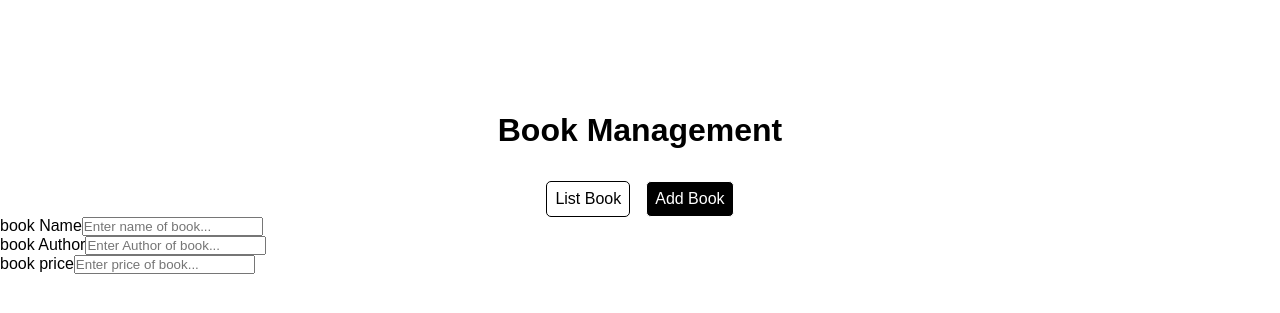
Repository: wakoya-tech/e-library-app1
Page: /add
The author's editor kept a copy of each file at every save. The page is drawn from the files as they stood at one save, then again after the next save.
The browser window is 1280 px wide. The pictures show the whole page.
The project was rebuilt for these pictures with package versions that can differ from the ones it lists, and the page was loaded fresh each time. Also part of the build but not shown: vite.config.js, src/components/ListBook.jsx.

Above is the page before, as saved 2025-10-11 22:29:01.

### src/main.jsx
import React from 'react'
import ReactDOM from 'react-dom/client'
import { BrowserRouter } from 'react-router-dom'
import App from './App'
ReactDOM.createRoot(document.getElementById('root')).render(
  <React.StrictMode>
    <BrowserRouter>
    <App />
    </BrowserRouter>

  </React.StrictMode>,
)

### src/App.jsx
import './App.css';
import Header from './components/Header.jsx';
import { Routes, Route } from "react-router-dom";
import ListBook from './components/ListBook.jsx';
import AddBook from './components/AddBook.jsx';

function App() {
  return (
    <div className="App">
      <Header />
    <Routes>
     < Route path='/' element={<ListBook/>}/>
     < Route path='/add' element={<AddBook/>}/>
    </Routes>
    </div>
  );
}

export default App;

### src/App.css
*{
  margin: 0;
  padding: 0;
  box-sizing: border-box;
}
body{
  font-family: Arial, Helvetica, sans-serif;
}
.container{
  max-width: 40rem;

  margin: 7rem auto 0;
}
header{
  text-align: center;

}
header nav{
  margin-top: 2rem;
  display: flex;
  justify-content: center;
  gap: 1rem;
}
header nav > a {
  text-decoration: none;
  border: 1px solid;
  padding: 0.5rem;
  border-radius: 5px;
  color: black;
}
header nav > .active{
  background: black;
  color: white;
}

### src/components/Header.jsx
import React from "react"
import { NavLink } from "react-router-dom"
import { BrowserRouter as Router, Routes, Route } from 'react-router-dom';
function Header(){
    const navigation =[
        {path:'/',name:'List Book'},
        { path:'/add', name:'Add Book'}
    ]
    return(<div className="container">
<header>
    <h1>Book Management</h1>
    <nav>
       {navigation.map(nav=>(
        <NavLink
       key={nav.name}
        to={nav.path}>
{nav.name}
        </NavLink>
       ))}
         </nav>
</header>
    </div>)
}
export default Header

### src/components/AddBook.jsx
import BookForm from "../form/BookForm.jsx"
const AddBook = () =>{
    const handleOnSubmit=()=>{
        console.log("Add new book");
    }
    return(
        <div className="addForm">
            <BookForm handleSubmit={handleOnSubmit}/>
        </div>

    )
}
export default AddBook

### src/form/BookForm.jsx


const  BookForm=()=> {
    const renderInputField = (label,placeholder,name)=>(
        <div className="inputField">
            <label>{label}</label>
            <input name={name} type="text" placeholder={placeholder} />
        </div>
    )
  return (
<form >

{renderInputField('book Name','Enter name of book...','name')}
{renderInputField('book Author','Enter Author of book...','name')}
{renderInputField('book price','Enter price of book...','name')}

</form>
  )
}

export default BookForm

Loaded but not shown: index.html (common file)

After the next save:
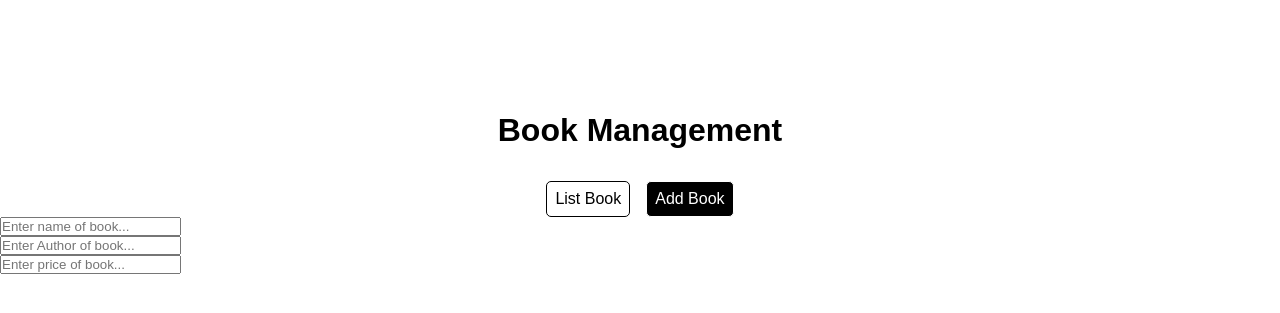
Saved 42 s later.
--- a/src/form/BookForm.jsx
+++ b/src/form/BookForm.jsx
@@ -3,7 +3,7 @@
 const  BookForm=()=> {
     const renderInputField = (label,placeholder,name)=>(
         <div className="inputField">
-            <label>{label}</label>
+
             <input name={name} type="text" placeholder={placeholder} />
         </div>
     )

After the save that followed:
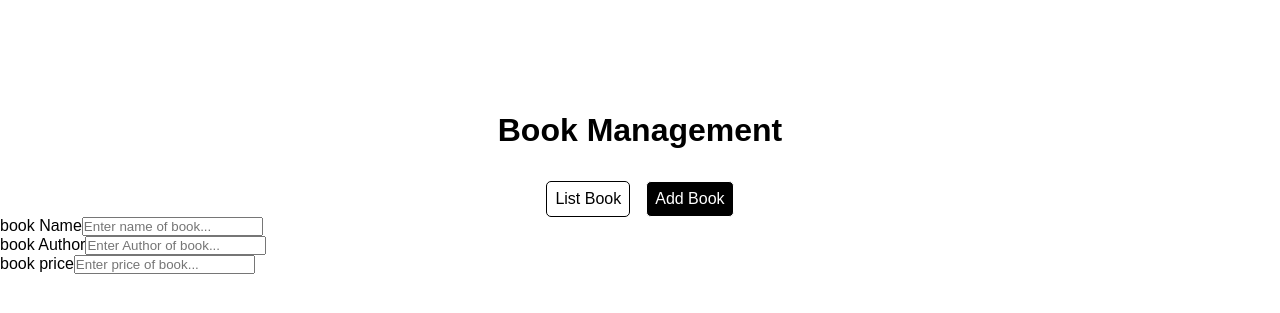
Saved 62 s later.
--- a/src/form/BookForm.jsx
+++ b/src/form/BookForm.jsx
@@ -3,7 +3,7 @@
 const  BookForm=()=> {
     const renderInputField = (label,placeholder,name)=>(
         <div className="inputField">
-
+       <label>{label}</label>
             <input name={name} type="text" placeholder={placeholder} />
         </div>
     )
